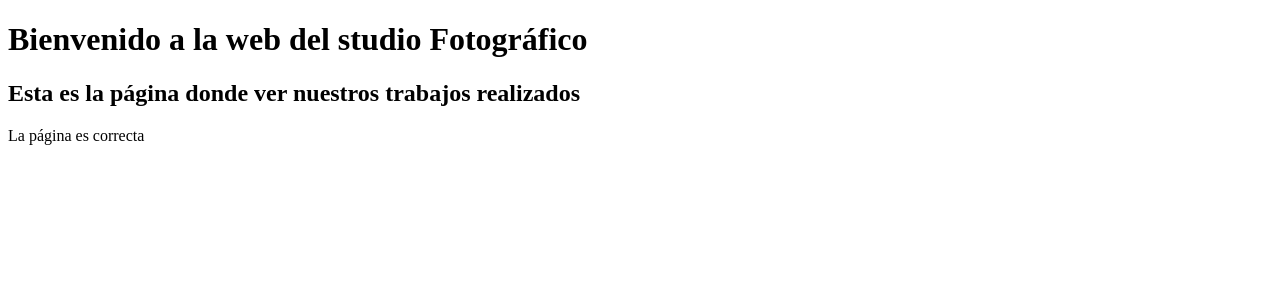
Repository: aguerrerocabrera/PruebaOK
Page: index.html
An editor plug-in stored every save of this project. The page is shown before and after the next save, followed by the edit.
The browser window is 1280 px wide. The pictures show the whole page.

Above is the page before, as saved 2022-10-30 21:35:48.

After the next save:
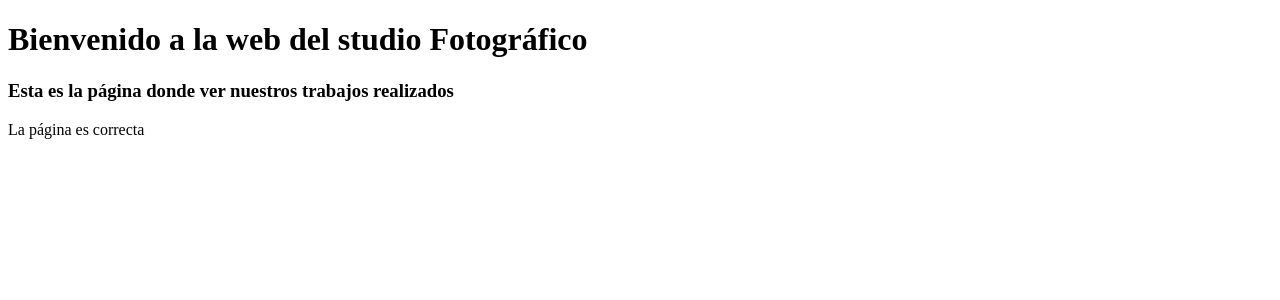
Saved 25 h 10 min later.
--- a/index.html
+++ b/index.html
@@ -5,7 +5,7 @@
     </head>
     <body>
         <h1>Bienvenido a la web del studio Fotográfico</h1>
-        <h2>Esta es la página donde ver nuestros trabajos realizados</h2>
+        <h3>Esta es la página donde ver nuestros trabajos realizados</h3>
         <p> La página es correcta</p>
     </body>
 </html>
